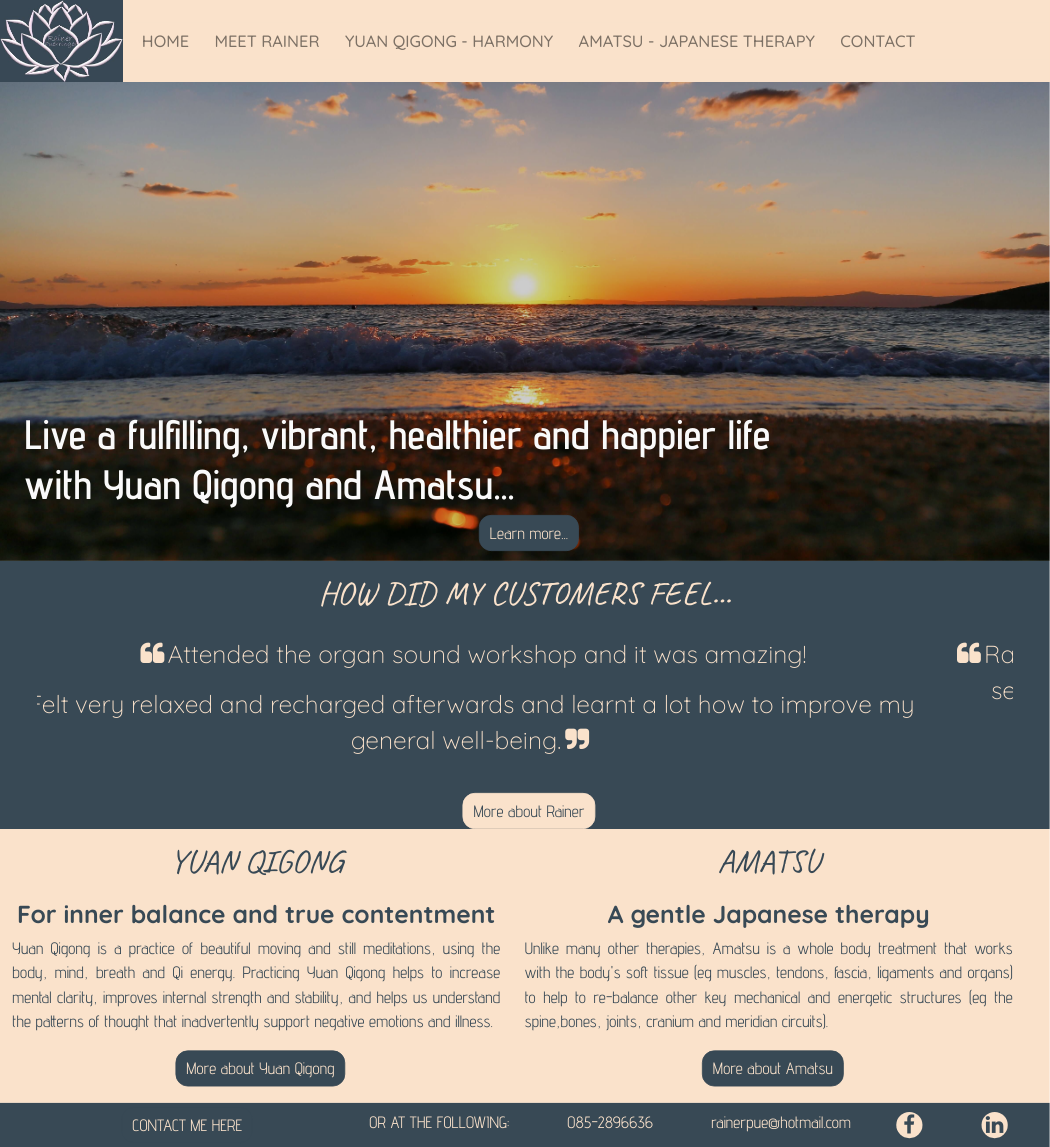
Repository: rainerpue/practitioner_website
Page: index.html
The author's editor kept a record of every edit. The page is drawn from the files as they stood at one moment, then again after the next edit.
The browser window is 1280 px wide. The pictures show the whole page, at 82% of full size.
Backgrounds fixed to the window are drawn as part of the page. Some web libraries are served in a nearby version.

Above is the page before.

### index.html
<!DOCTYPE html>
<html lang="en">

<head>
    <meta charset="UTF-8">
    <meta name="viewport" content="width=device-width, initial-scale=1.0">
    <meta http-equiv="X-UA-Compatible" content="ie=edge">
    <meta name="description" content="Home page | Rainer Puehringer, Find your Energy flow">
    <meta name="keywords" content="qigong, amatsu, therapy, energy flow, body balance, harmony, Japanese therapy, yuan gong, ireland">
    <meta name="author" content="Rainer Puehringer">
    <!-- favicon -->
    <link rel="shortcut icon" type="image" href="assets/favicon/favicon-32x32.png">
    <!-- style links -->
    <link rel="stylesheet" href="https://stackpath.bootstrapcdn.com/bootstrap/4.3.1/css/bootstrap.min.css" type="text/css" />
    <link rel="stylesheet" href="https://stackpath.bootstrapcdn.com/font-awesome/4.7.0/css/font-awesome.min.css" type="text/css" />

    <!-- link to my css file comes after to make sure it render over bootstrap style -->
    <link rel="stylesheet" href="assets/css/style.css" type="text/css" />

    <title>Rainer Puehringer, Find your Energy flow with Yuan Qigong and Amatsu</title>

</head>

<body>
    <!-- navbar and logo -->
    <!-- blue background will only show on bigger screens, set to transparent for mobile device -->
    <nav class="navbar navbar-expand-md fixed-top navbar-light nav-coral">
        <!-- logo -->
        <a href="index.html" class="navbar-brand" id="logo">
            <img src="assets/images/logo.jpg" width="150" height="100" alt="logo">
        </a>
        <!-- button for smaller devices -->
        <button class="navbar-toggler" type="button" data-toggle="collapse" data-target="#burger" aria-controls="burger" aria-expanded="false" aria-label="Toggle navigation">
    <span class="fa fa-bars"></span>
  </button>
        <!-- navigation items which drop down vertically from burger icon in smaller devices -->
        <div class="collapse navbar-collapse" id="burger">
            <ul class="navbar-nav mr-auto text-uppercase">
                <li class="nav-item">
                    <a class="nav-link" href="index.html">Home</a>
                </li>
                <li class="nav-item">
                    <a class="nav-link" href="about.html">Meet Rainer</a>
                </li>
                <li class="nav-item">
                    <a class="nav-link" href="qigong.html">Yuan Qigong - Harmony</a>
                </li>
                <li class="nav-item">
                    <a class="nav-link" href="amatsu.html">Amatsu - Japanese Therapy</a>
                </li>
                <li class="nav-item">
                    <a class="nav-link" href="contact.html">Contact</a>
                </li>
            </ul>
        </div>
    </nav>

    <!-- end navbar -->


    <!-- home image overlay -->
<main>
    <div class="home-image">
        <div class="opaque-overlay">&nbsp;</div>
        <div class="container-fluid">
            <div class="row">
                <div class="col-12">
                    <h1 class="attention">Live a fulfilling, vibrant, healthier and happier life with Yuan Qigong and Amatsu...</h1>
                </div>
            </div>
        </div>
        <div class="container-fluid">
            <div class="row text-center">
                <div class="col-12">
                    <a class="btn btn--gal btn--grey" href="#intro">Learn more...</a>
                </div>
            </div>
        </div>
    </div>

    <!-- testimonials in a carrousel -->
    <section class="container-fluid bg-grey">
        <div class="row">
            <div class="col text-center">
                <h3 class="text-uppercase">How did my customers feel...</h3>
            </div>
        </div>
        <div id="carouselExampleControls" class="carousel slide" data-ride="carousel">
            <div class="carousel-inner col-12">
                <div class="carousel-item active" data-interval="40000">
                    <blockquote class="quote d-block w-100 color-slide"><i class="fa fa-quote-left"></i>Attended the organ sound workshop and it was amazing!</blockquote>
                    <blockquote class="quote d-block w-100 color-slide">Felt very relaxed and recharged afterwards and learnt a lot how to improve my general well-being.<i class="fa fa-quote-right"></i></blockquote>
                </div>
                <div class="carousel-item" data-interval="40000">
                    <blockquote class="quote d-block w-100 color-slide"><i class="fa fa-quote-left"></i>Rainer has a deep knowledge on the working of the human body and his Amatsu sessions are great at dealing with the route cause of your pains and ailments.</blockquote>
                    <blockquote class="quote d-block w-100 color-slide">I highly recommend him!<i class="fa fa-quote-right"></i></blockquote>
                </div>
                <div class="carousel-item " data-interval="40000 ">
                    <blockquote class="quote d-block w-100 color-slide"><i class="fa fa-quote-left"></i>Had an Amatsu session with Rainer who quickly and reliably identified sources of my posture problems, which caused me trouble for many many years.</blockquote>
                    <blockquote class="quote d-block w-100 color-slide">A great feeling!<i class="fa fa-quote-right"></i></blockquote>
                </div>
            </div>
        </div>
        <div class="container-fluid">
            <div class="row text-center">
                <div class="col-12">
                    <a class="btn btn--gal btn--coral" href="about.html">More about Rainer</a>
                </div>
            </div>
        </div>
    </section>

    <!-- brief introduction section -->

    <section class="container-fluid bg-coral" id="intro">
        <div class="row intro">
            <div class="col-12 col-md-6 text-center">
                <h3 class="text-uppercase">Yuan Qigong</h3>
                <h4 class="color-intro">For inner balance and true contentment</h4>
                <p class="content-intro text-justify">Yuan Qigong is a practice of beautiful moving and still meditations, using the body, mind, breath and Qi energy. Practicing Yuan Qigong helps to increase mental clarity, improves internal strength and stability, and helps us understand
                    the patterns of thought that inadvertently support negative emotions and illness.</p>

                <div class="row">
                    <div class="col-12">
                        <a class="btn btn--gal btn--grey" href="qigong.html">More about Yuan Qigong</a>
                    </div>
                </div>
            </div>
            <!-- small divider only for mobile device to divide the two columns of the same section -->

            <hr class="section-divider-short">
            <div class="col-12 col-md-6 text-center">
                <h3 class="text-uppercase">Amatsu</h3>
                <h4 class="color-intro">A gentle Japanese therapy</h4>
                <p class="content-intro text-justify">Unlike many other therapies, Amatsu is a whole body treatment that works with the body's soft tissue (eg muscles, tendons, fascia, ligaments and organs) to help to re-balance other key mechanical and energetic structures (eg the spine,bones,
                    joints, cranium and meridian circuits).</p>
                <div class="row">
                    <div class="col-12">
                        <a class="btn btn--gal btn--grey" href="amatsu.html">More about Amatsu</a>
                    </div>
                </div>
            </div>
        </div>
    </section>
</main>
    <!-- footer -->

    <footer>
        <div class="container-fluid bg-grey">
            <div class="row footer-row">
                <div class="col-12 col-md-4 footer-contact d-sm-flex">
                    <a class="btn btn--gal btn--grey text-uppercase" href="contact.html">Contact Me Here</a>
                </div>
                <div class="col-12 col-md-2 footer-contact d-sm-flex">
                    <h5 class="text-uppercase">or at the following:</h5>
                </div>
                <div class="col-12 col-md-2 footer-contact d-sm-flex">
                    <p>085-2896636</p>
                </div>
                <div class="col-12 col-md-2 footer-contact d-sm-flex">
                    <p>rainerpue@hotmail.com</p>
                </div>
                <div class="col-12 col-md-1 footer-contact d-sm-flex">
                    <a class="socialmedia" href="https://www.facebook.com/YuanGongandAmatsuwithRainer/" target="_blank">
                    <i class="fa fa-facebook"></i>
                    <span class="sr-only">Facebook</span>
                    </a>
                </div>
                <div class="col-12 col-md-1 footer-contact d-sm-flex">
                    <a class="socialmedia" href="https://www.linkedin.com/in/rainer-puehringer-63157248/" target="_blank">
                    <i class="fa fa-linkedin"></i>
                    <span class="sr-only">Linkedin</span>
                    </a>
                </div>
            </div>
        </div>
    </footer>

    <script src="https://code.jquery.com/jquery-3.2.1.slim.min.js " integrity="sha384-KJ3o2DKtIkvYIK3UENzmM7KCkRr/rE9/Qpg6aAZGJwFDMVNA/GpGFF93hXpG5KkN " crossorigin="anonymous"></script>
    <script src="https://cdnjs.cloudflare.com/ajax/libs/popper.js/1.12.9/umd/popper.min.js " integrity="sha384-ApNbgh9B+Y1QKtv3Rn7W3mgPxhU9K/ScQsAP7hUibX39j7fakFPskvXusvfa0b4Q " crossorigin="anonymous"></script>
    <script src="https://maxcdn.bootstrapcdn.com/bootstrap/4.0.0/js/bootstrap.min.js " integrity="sha384-JZR6Spejh4U02d8jOt6vLEHfe/JQGiRRSQQxSfFWpi1MquVdAyjUar5+76PVCmYl " crossorigin="anonymous"></script>
</body>

</html>

### assets/css/style.css
@import url('https://fonts.googleapis.com/css?family=Advent+Pro:100,200,300,400,500,600,700|Quicksand:300,400,500,700|Caveat:400,700');

html {
scroll-behavior: smooth;
}

body {
    font-family: "Advent Pro", sans-serif;
}

/* Colour */

.nav-coral {
    background-color: transparent;
}

.bg-grey {
    background-color: #384955;
    color: #FAE2CB;
}

.bg-coral {
    background-color: #FAE2CB;
    color: #384955;
    padding-bottom: 20px;
}

/* Images */

.about-img {
    background: url(../images/about-image.jpg);
}

.qigong-img {
    background: url(../images/lotus.jpg);
}

.amatsu-img {
    background: url(../images/water.jpg);
}

.contact-img {
    background: url(../images/contact.jpg);
}

/* Banner image code technics found in the link below:
https://stackoverflow.com/questions/38038056/adding-a-background-image-just-below-the-navigation-bar */

.banner-image {
    min-height: 30vh;
    -webkit-background-size: 100% 100%;
    -moz-background-size: 100% 100%;
    -o-background-size: 100% 100%;
    background-size: 100% 100%;
    width: 100vw;
    background-repeat: no-repeat;
    position: relative;
}

.banner-image-contact {
    min-height: 45vh;
}

.sm-img {
    max-height: 600px;
    max-width: 400px;
}


/* Special paddings/margins/texts */

.container-fluid {
    margin: 0;
}

main {
    margin: 0;
    padding: 0;
}

h3 {
    padding: 15px 0 15px;
    font-family: "Caveat", sans-serif;
    font-weight: 400;
    font-size: 40px;
}

h4 {
    font-family: "Quicksand", sans-serif;
    font-weight: 700;
    font-size: 30px;
}

a {
    text-decoration: none;
    cursor: pointer;
}

/* buttons */

.btn--gal {
    margin-bottom: 0;
    margin-top: 0;
    margin-left: 10px;
    border-radius: 15px;
    font-size: 20px;
    text-decoration: none;
    cursor: pointer;
}

.btn--more {
    font-size: 40px;
}

.btn--grey {
    background-color: #384955;
    border-color: #384955;
    color: #FAE2CB;
}

.btn--grey:hover {
    color: #FF8863;
}

.btn--coral {
    background-color: #FAE2CB;
    border-color: #FAE2CB;
    color: #384955;
}

.btn--coral:hover {
    color: #87B0CD;
}

.btn--orange {
    background-color: #FF8863;
    color: #384955;
    font-size: 30px;
}

.btn--orange:hover {
    color: #FAE2CB;
}

/* section divider */

.section-divider-short {
    width: 75px;
    height: 5px;
    border: 0;
    background-color: #384955;
}

.section-divider-long {
    width: 100%;
    height: 10px;
    border: 0;
    background-color: #384955;
    margin: 0;
}

.section-divider-price {
    width: 75px;
    height: 5px;
    border: 0;
    background-color: #384955;
}

/* logo */

#logo {
    display: inline-block;
    padding: 0;
    margin: 0;
    line-height: inherit;
    white-space: nowrap;
    background-position: center;
    background-repeat: no-repeat;
    -o-transition: all .5s ease-in-out;
    transition: all .5s ease-in-out;
    -moz-transition: all .5s ease-in-out;
    -webkit-transition: all .5s ease-in-out;
}

/* burger icon inspired from https://mdbootstrap.com/docs/jquery/navigation/hamburger-menu/ */

.fa-bars {
    background-color: ;
    color: ;
    font-size: 30px;
    padding: 5px;
}

.navbar-light .navbar-toggler {
    border-color: rgba(0, 0, 0, .3);
    margin-right: 15px;
}

/* nav */

.navbar {
    padding: 0;
    text-align: center;
    overflow: auto;
}

.navbar-collapse {
    background-color: #FAE2CB
}

.nav-item {
    padding-left: 15px;
}

.nav-item a {
    color: #384955;
    font-family: "Quicksand", sans-serif;
    font-weight: 500;
    font-size: 20px;
    -webkit-transition: background-color .2s ease-in-out, color .2s ease-in-out;
    -o-transition: background-color .2s ease-in-out, color .2s ease-in-out;
    transition: background-color .2s ease-in-out, color .2s ease-in-out;
}

.nav-item a:hover {
    color: #FAE2CB!important;
    background-color: #384955;
    border-radius: 15px;
}

/* footer */

.footer-row {
    padding: 0 15px;
    text-align: center;
}

.footer-contact {
    text-align: center;
    -webkit-box-align: center;
    -ms-flex-align: center;
    align-items: center;
    -webkit-box-pack: center;
    -ms-flex-pack: center;
    justify-content: center;
    padding: 0;
    margin: 0;
}

.footer-contact p {
    font-weight: 400;
    font-size: 20px;
    margin-top: .5rem;
}

.footer-contact h5 {
    font-weight: 400;
    font-size: 20px;
}

.socialmedia i {
    width: 32px;
    height: 32px;
    border-radius: 50%;
    font-size: 25px;
    text-align: center;
    vertical-align: middle;
    display: table-cell;
    color: #384955;
    background: #FAE2CB;
    transition: all 0.35s ease-in-out;
    -moz-transition: all 0.35s ease-in-out;
    -webkit-transition: all 0.35s ease-in-out;
    -o-transition: all 0.35s ease-in-out;
}

.socialmedia i:hover {
    background: #e84610;
}
/* trick to remove underline on font awesome icon when hover: https://codepen.io/jessicalyschik/pen/MJrwwx */
.socialmedia i:before {
	display: inline-block;
	text-decoration: none;
}

/* full background image with attention */

.home-image { /*found css trick here: https://css-tricks.com/perfect-full-page-background-image/ */
    min-height: 95vh;
    -webkit-box-align: center;
    -ms-flex-align: center;
    align-items: center;
    position: relative;
    background: url(../images/home-image.jpg) no-repeat center center fixed;
    background-size: cover;
    padding-top: 100px; /*found css trick here: https://teamtreehouse.com/community/div-hidden-below-fixed-position-navbar-clearfix-issues-with-css */
}

.opaque-overlay {
    position: absolute;
    top: 0;
    left: 0;
    height: 100%;
    width: 100%;
    background: rgba(0, 0, 0, 0.2);
}

.attention {
    width: 80%;
    color: #fafafa;
    font-size: 50px;
    font-weight: 600;
    padding-left: 15px;
    padding-top: 400px;
}

/* testimonials in carrousel */

.slide {
    position: relative;
    display: -webkit-box;
    display: -ms-flexbox;
    display: flex;
    -webkit-box-align: center;
    -ms-flex-align: center;
    align-items: center;
    min-height: 30vh;
    text-align: center;
    padding: 5px 30px;
    margin-bottom: 20px
}

blockquote {
    width: 80px;
    font-weight: 300;
    font-size: 30px;
}

/* home intro section */

.intro {
    width: 100%;
    padding: 0;
    min-height: 20vh;
}

.content-intro {
    font-size: 20px;
    font-weight: 400;
    margin-bottom: 20px;
}



/* main content for each page */

.main-content {
    position: relative;
    padding-top: 5px;
    padding-bottom: 5px;
    padding-right: 30px;
    line-height: 200%;
    font-size: 20px;
    font-weight: 400;
}

.section-column {
    display: table-cell;
    padding: 0 30px 30px;
    float: none;
}

.intro-section {
    padding-top: 10px;
    padding-bottom: 20px;
}

.section-details {
    min-height: 25vh;
    -webkit-box-align: center;
    -ms-flex-align: center;
    align-items: center!important;
    margin-bottom: 15px;
}



/* links to other websites on about page */

.links {
    color: #FAE2CB;
    font-weight: 700;
}

.links:hover {
    color: #FF8863;
}

/*-----------------------------------------timeline implemented from the Resume Mini-project in the User Centric module */

.timeline {
    margin: 0;
}

.history-items {
    padding-left: 30px;
    padding-bottom: 15px;
}

.timeline-item {
    padding: 4em 2em 0em 2em;
    position: relative;
    color: #384955;
    border-left: 1px solid;
}

.timeline-item p {
    padding: 0;
    margin: 0;
}

.timeline-item:before {
    content: attr(data-dates);
    position: absolute;
    left: 2.5em;
    top: 3em;
    display: block;
    font-weight: 500;
    font-size: 0.8em;
    padding: 0;
    margin: 0;
}

.timeline-item:after {
    width: 12px;
    height: 12px;
    display: block;
    position: absolute;
    top: 2.4em;
    left: -6px;
    border-radius: 12px;
    content: "";
    background-color: #384955;
}



/*-----------------------------------------qualifications */

.list-row {
    padding: 30px 0 30px;
    line-height: 200%;
}

.list-row i {
    font-size: 40px;
}

.button {
    margin-top: 30px;
}

/*-----------------------------------------Qigong page */

.qigong-p {
    padding: 15px;
}

.list-section {
    padding-left: 30px;
    padding-bottom: 15px;
    margin-bottom: 10px;
    border: 10px solid;
}

.quote {
    font-family: "Quicksand", sans-serif;
    font-weight: 100;
    font-size: 30px;
}

.legend {
    font-family: "Caveat", sans-serif;
    font-weight: 400;
    font-size: 20px;
}

.quote i {
    padding: 5px;
    font-weight: 700;
}

#video {
    min-height: 50vh;
    padding-bottom: 15px;
}

iframe {
    border: none;
}

.verse {
    font-family: "Caveat", sans-serif;
    font-weight: 400;
    font-size: 30px;
    padding-top: 30px;
}

.verse ul li {
    list-style: none;
    padding: 15px;
}

/*-----------------------------------------Amatsu page */

.fivefactors {
    font-weight: 600;
    color: #FF8863;
}

.specialp {
    padding: 10px;
}


/*-----------------------------------------stones custom css */

.stone-section {
    padding: 0;
    padding-bottom: 15px;
    margin-bottom: 10px;
    display: flex;  /* this part of custom css was suggested by Eventyret Mentor in slack so the stones are centered on top of each other */
	justify-content: center;
	align-items: center;
	flex-direction: column;
}

.each-stone {
    width: 120px;
    height: 120px;
    border: 1px solid #384955;
    border-radius: 50%;
    background-color: #384955;
    color: #FAE2CB;
    justify-content: center; /* this part of custom css was suggested by Eventyret Mentor in slack */
	align-items: center;
	display: flex;
	margin-bottom: -15px;
}

.each-stone span {
    font-weight: 700;
    font-size: 18px;
}

/*-----------------------------------------treatment cards */
/*-- to justify space all around the cards and center */
.card-row {
    justify-content: space-around!important;
}

.card {
    background-color: #FAE2CB;
    color: #384955;
    margin-bottom: 15px;
}

.card-item {
    padding: 10px;
    text-align: center;
    vertical-align: middle;
    display: table-cell;
}

.card-item i {
    font-size: 60px;
}

.card-item span {
    font-weight: 400;
    font-size: 20px;
}

/*-----------------------------------------contact page */

.contact-section {
    min-height: 45vh;
    margin-bottom: 0;
}

.contact-form {
    background-color: #384955;
    color: #FAE2CB;
    margin-right: 5px;
}

.form-control {
    margin-top: 10px;
    margin-bottom: 10px;
}

.custom-select {
    margin-bottom: 10px;
}

/*-----------------------------------------media queries */

/*-----------------------------------------media query to add navbar color background color on bigger screens */

@media (min-width: 768px) {
    .nav-coral {
        background-color: #FAE2CB;
    }
}

@media (min-width: 768px) {
    .slide {
        min-height: 20vh;
    }
}

/*-----------------------------------------media query to hide short section divider on bigger screen */
@media (min-width: 768px) {
    .section-divider-short {
        display: none;
    }
}

@media (min-width: 768px) {
    .footer-contact h5 p a {
        padding-left: 15px;
    }
}

@media (min-width: 768px) {
    .history-items {
        border: 10px solid;
    }
}

@media (min-width: 768px) {
    .section-column {
        padding: 0 50px 0;
    }
}

@media (min-width: 768px) {
    #video {
        padding-bottom: 0;
    }
}

After the next edit:
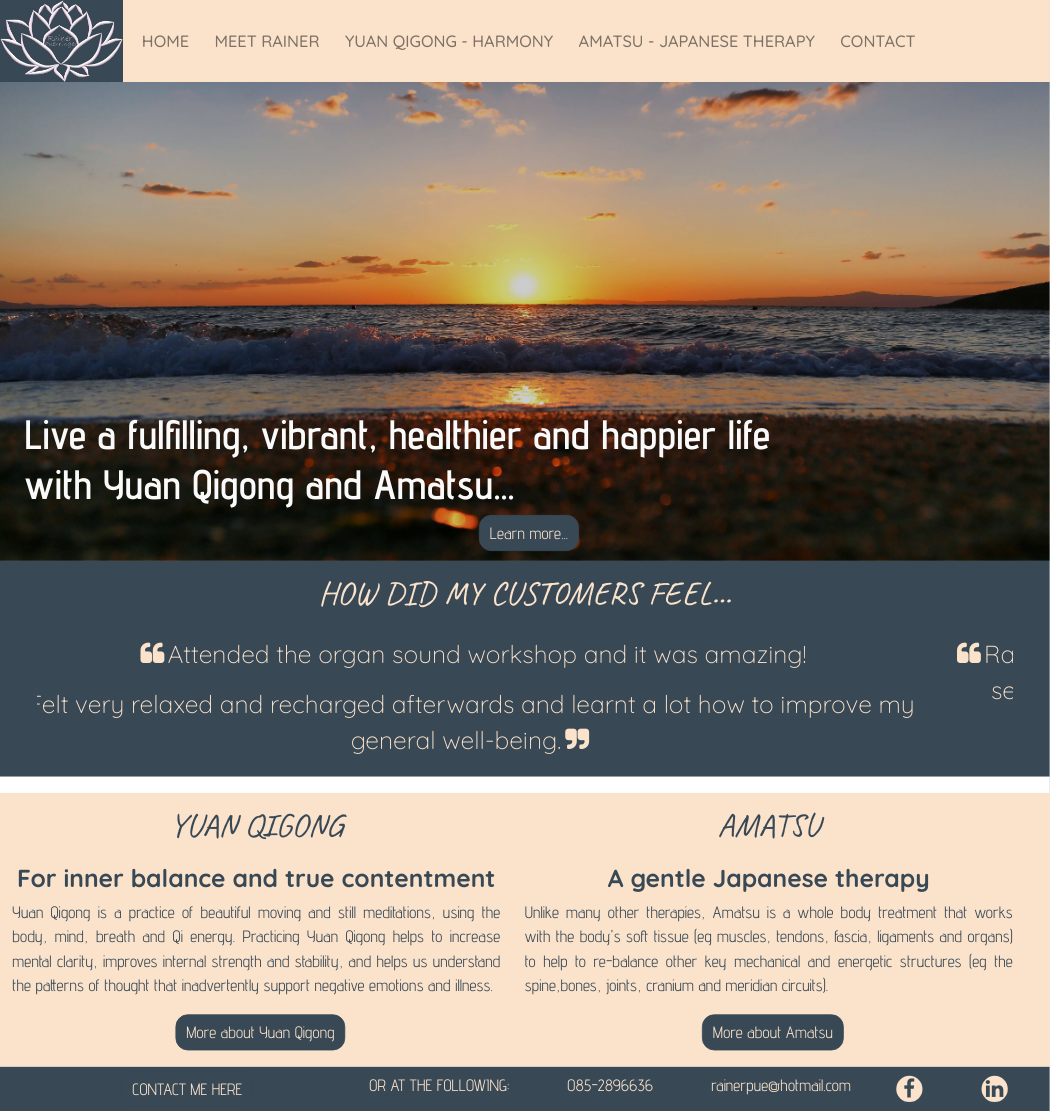
The edit:
--- a/index.html
+++ b/index.html
@@ -101,13 +101,6 @@
                 </div>
             </div>
         </div>
-        <div class="container-fluid">
-            <div class="row text-center">
-                <div class="col-12">
-                    <a class="btn btn--gal btn--coral" href="about.html">More about Rainer</a>
-                </div>
-            </div>
-        </div>
     </section>
 
     <!-- brief introduction section -->
